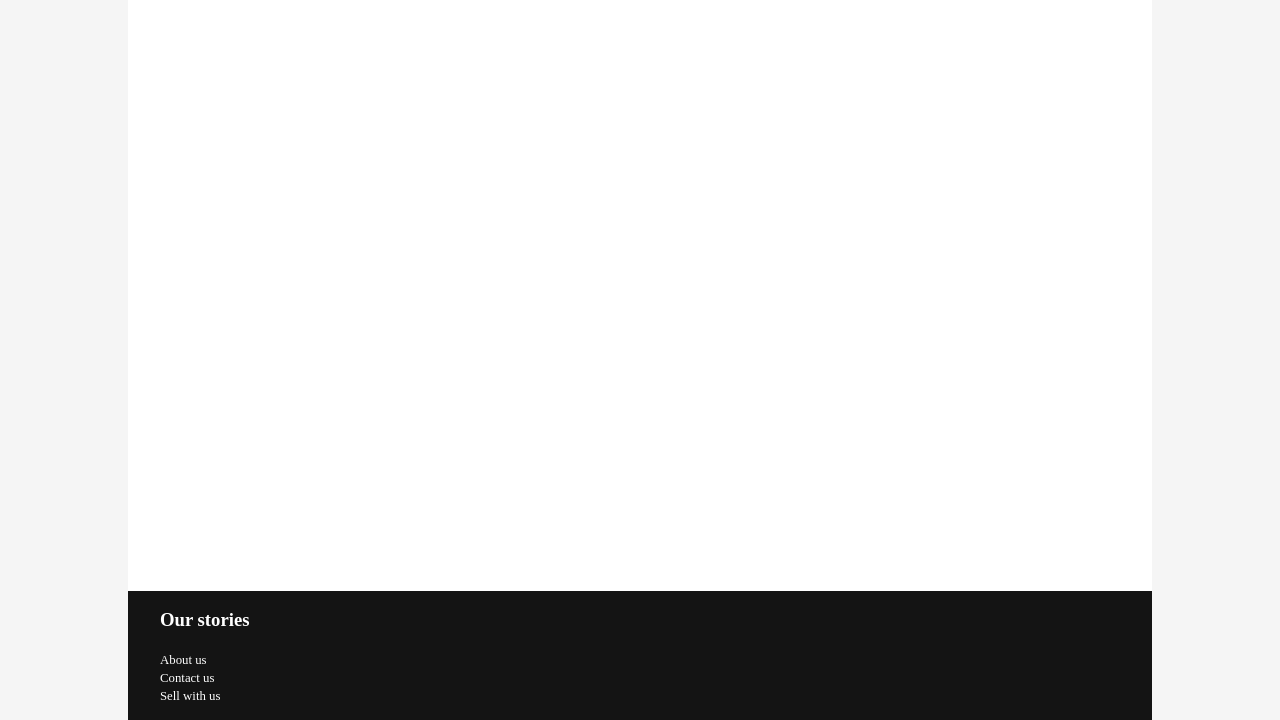
Repository: MeowCeline00/comp3170-lab-1
Page: /
The author's editor kept a copy of each file at every save. The page is drawn from the files as they stood at one save, then again after a run of saves.
The browser window is 1280 px wide. The pictures show the whole page.
The project was rebuilt for these pictures with package versions that can differ from the ones it lists, and the page was loaded fresh each time. Also part of the build but not shown: vite.config.js.

Above is the page before, as saved 2024-09-11 13:41:28.

After the next 3 saves:
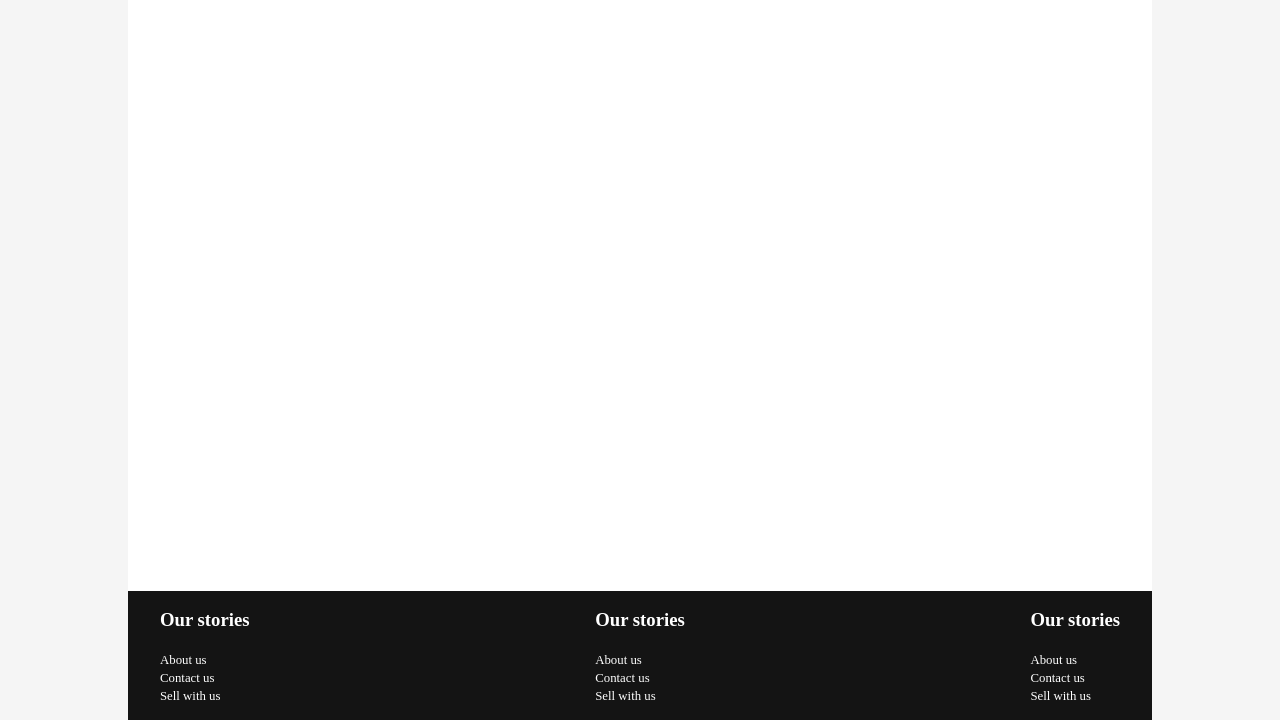
The 3 saves are shown as one change because they came seconds apart.
The last was saved 24 s later.
--- a/src/App.jsx
+++ b/src/App.jsx
@@ -15,6 +15,24 @@ function App() {
             </ul>
           </div>
 
+          <div>
+            <h3>Our stories</h3>
+            <ul>
+              <li><a href="">About us</a></li>
+              <li><a href="">Contact us</a></li>
+              <li><a href="">Sell with us</a></li>
+            </ul>
+          </div>
+
+          <div>
+            <h3>Our stories</h3>
+            <ul>
+              <li><a href="">About us</a></li>
+              <li><a href="">Contact us</a></li>
+              <li><a href="">Sell with us</a></li>
+            </ul>
+          </div>
+
         </footer>
 
       </div>
